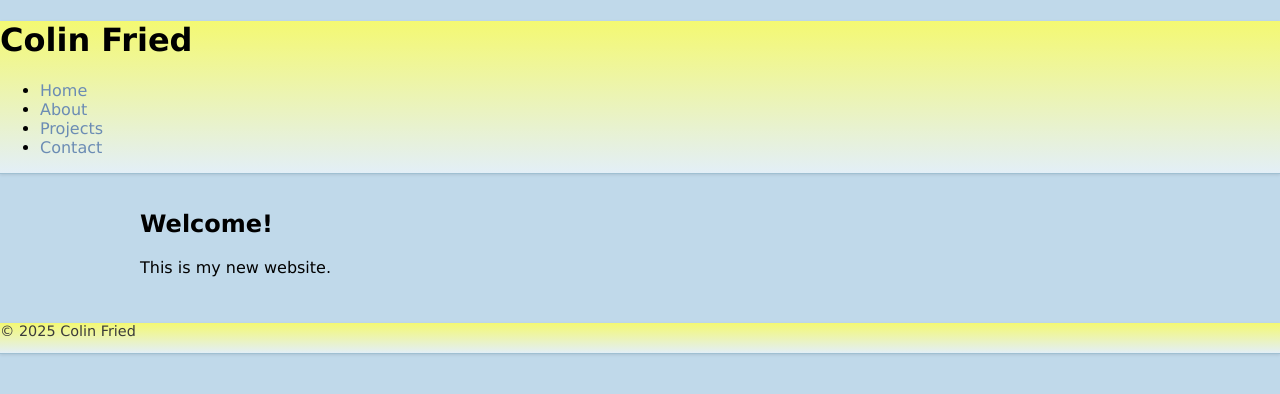
Repository: colinfdsaui/colin
Page: website.html
These files come from the project's save history. The page is drawn as it stood at one moment and after a run of saves; the edit follows.
The browser window is 1280 px wide. The pictures show the whole page.

Above is the page before, as saved 2025-07-08 12:11:53.

After the next 6 saves:
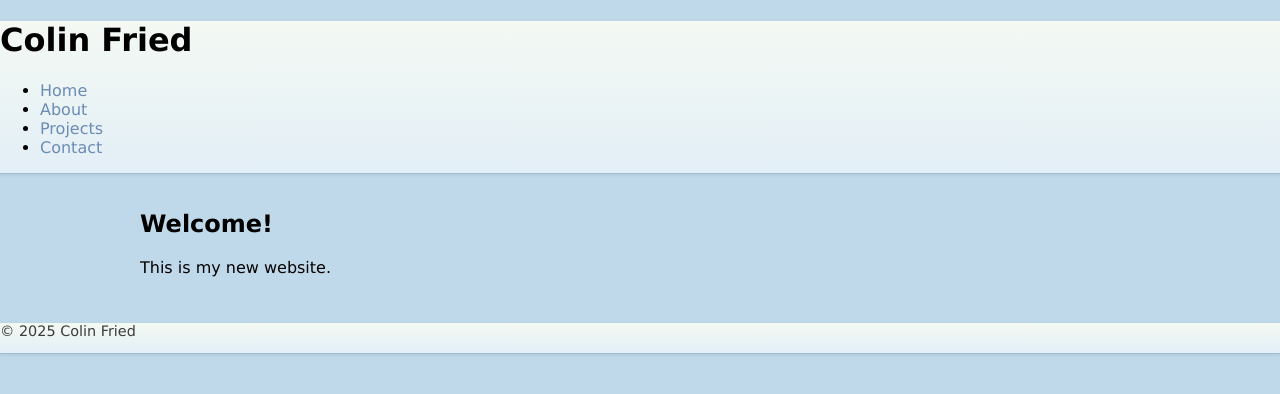
The 6 saves are shown as one change because they came seconds apart.
The last was saved 34 s later.
--- a/styles.css
+++ b/styles.css
@@ -44,7 +44,7 @@ footer {
   /* gradient layered on top */
   background-image: linear-gradient(
     to bottom,
-    rgba(255,255,25,0.6),
+    rgba(255,255,240,0.6),
     var(--aqua-bg-secondary)
   );
 
